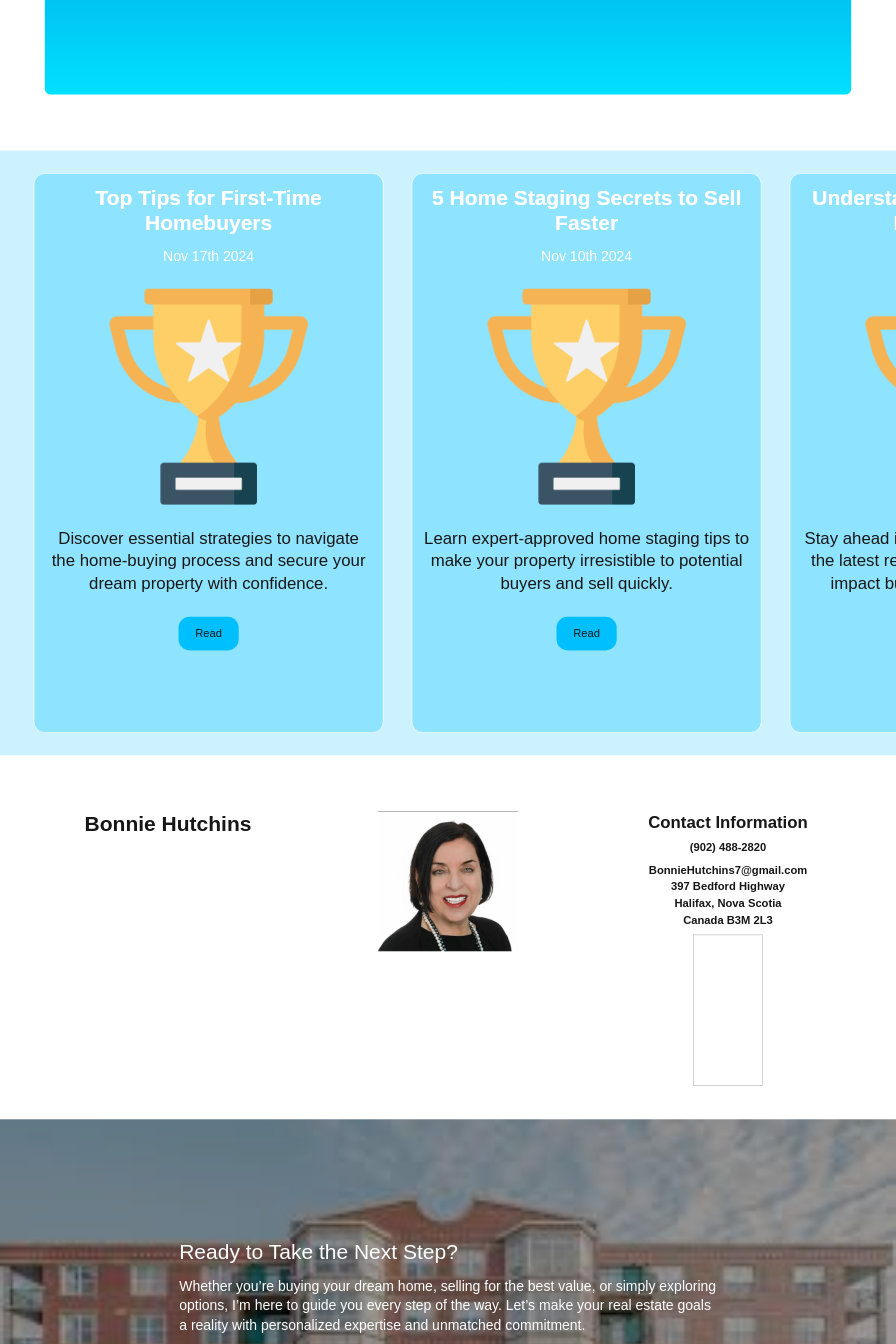
Repository: TMuse333/bonnie-website-
Page: / (app in frontend/)
These files come from the project's save history. The page is drawn as it stood at one moment and after a run of saves; the edit follows.
The browser window is 1280 px wide. The pictures show the part of the page from y = 4580 to 6500 px (the page is 7119 px tall), at 70% of full size.
The project was rebuilt for these pictures with package versions that can differ from the ones it lists, and the page was loaded fresh each time. The framework's server and built-in components were replaced by stand-ins that run in the browser. Also part of the build but not shown: frontend/next.config.mjs.

Above is the page before, as saved 2024-11-30 14:38:52.

After the next 4 saves:
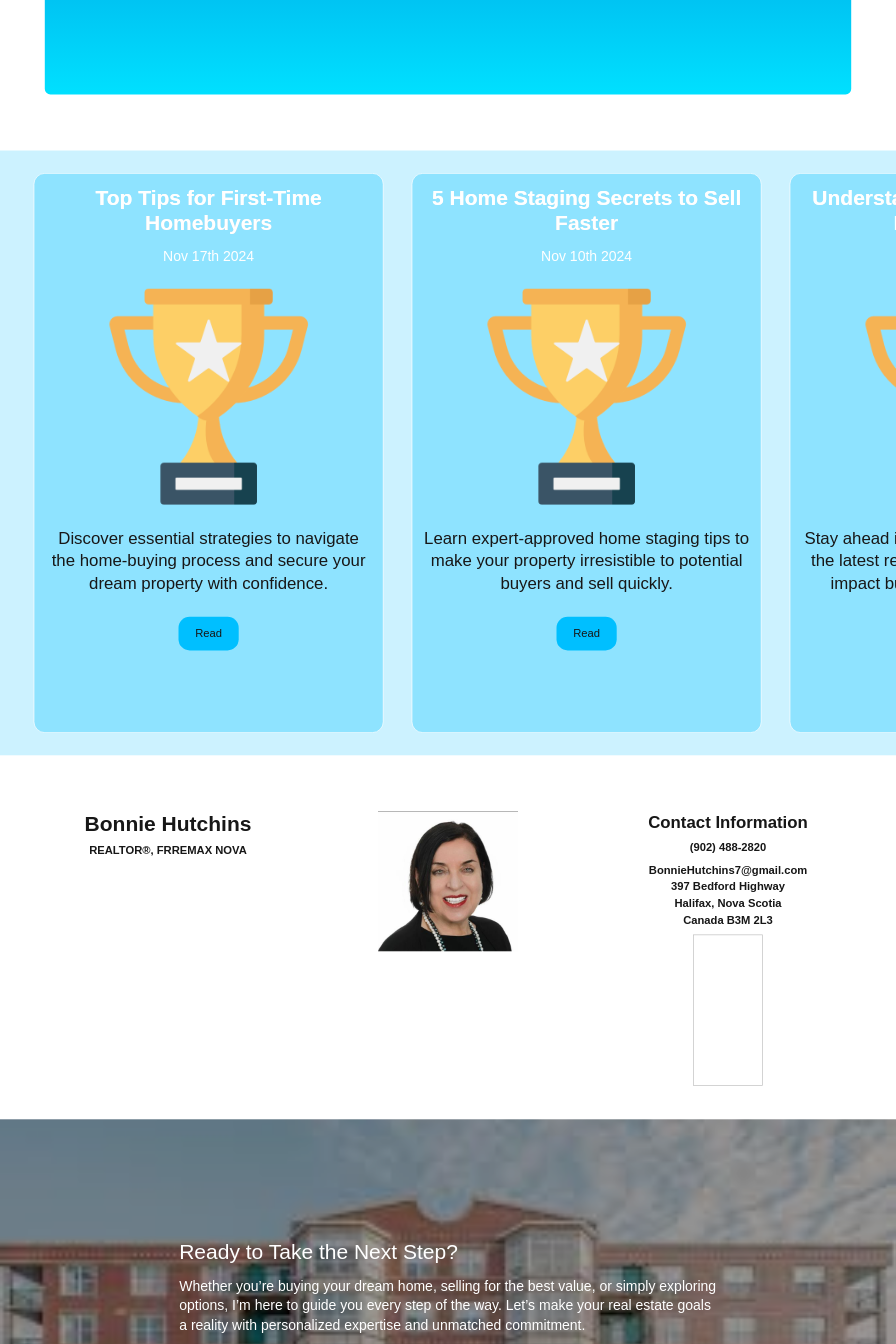
The 4 saves are shown as one change because they came seconds apart.
The last was saved 19 s later.
--- a/frontend/src/data/data.ts
+++ b/frontend/src/data/data.ts
@@ -190,7 +190,8 @@
   src:'/bonnie.jpg',
   alt:'Bonnie',
   name:'Bonnie Hutchins',
-  title:"",
+  title:"REALTOR®, FR"+
+  "REMAX NOVA",
   description:'',
   quote:'',
   phone:'(902) 488-2820',
